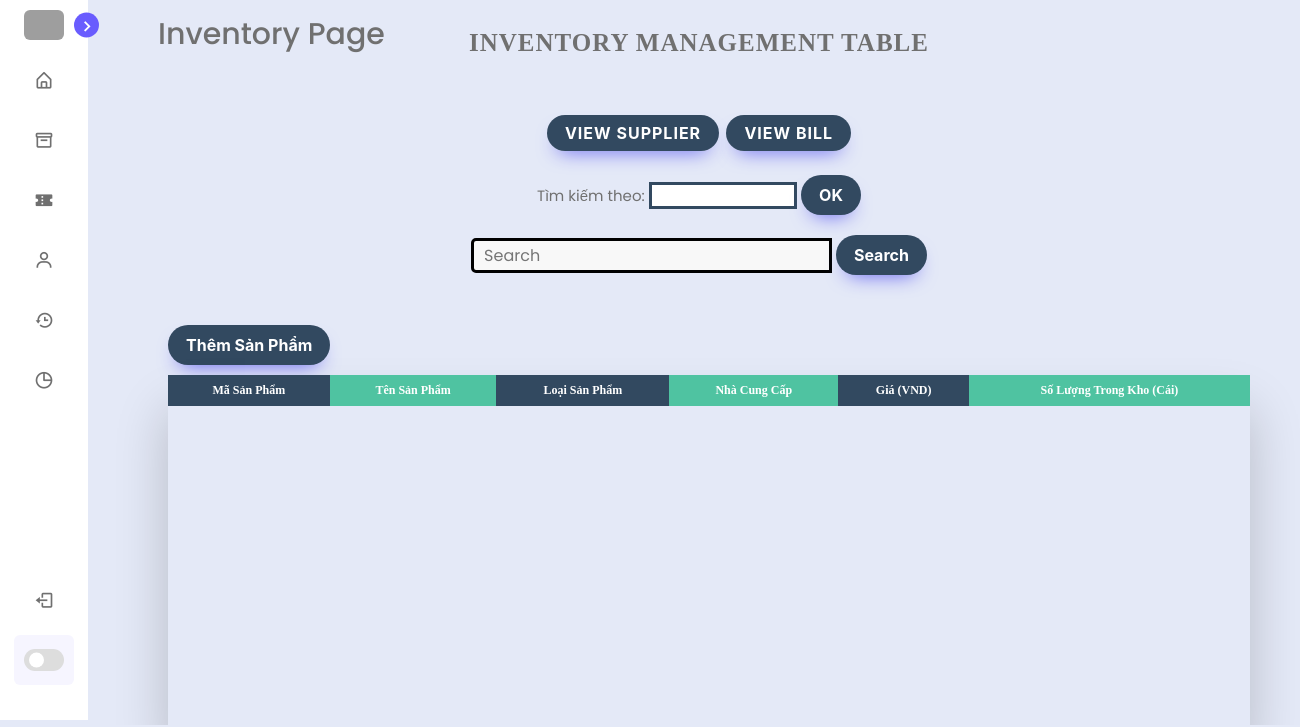
Repository: JeffDaveHudson/CapstoneProject
Page: http://localhost/CapstoneProject/inventory
The author's editor kept a copy of each file at every save. The page is drawn from the files as they stood at one save, then again after the next save.
The browser window is 1280 px wide. The page is 1300 px wide, so the pictures cover 1300 px, including what lies to the right of the window. The pictures show the whole page.
Pictures or frames that could not be fetched are drawn as grey boxes. The page is served by Tomcat 9.

Above is the page before, as saved 2023-05-25 04:48:59.

After the next save:
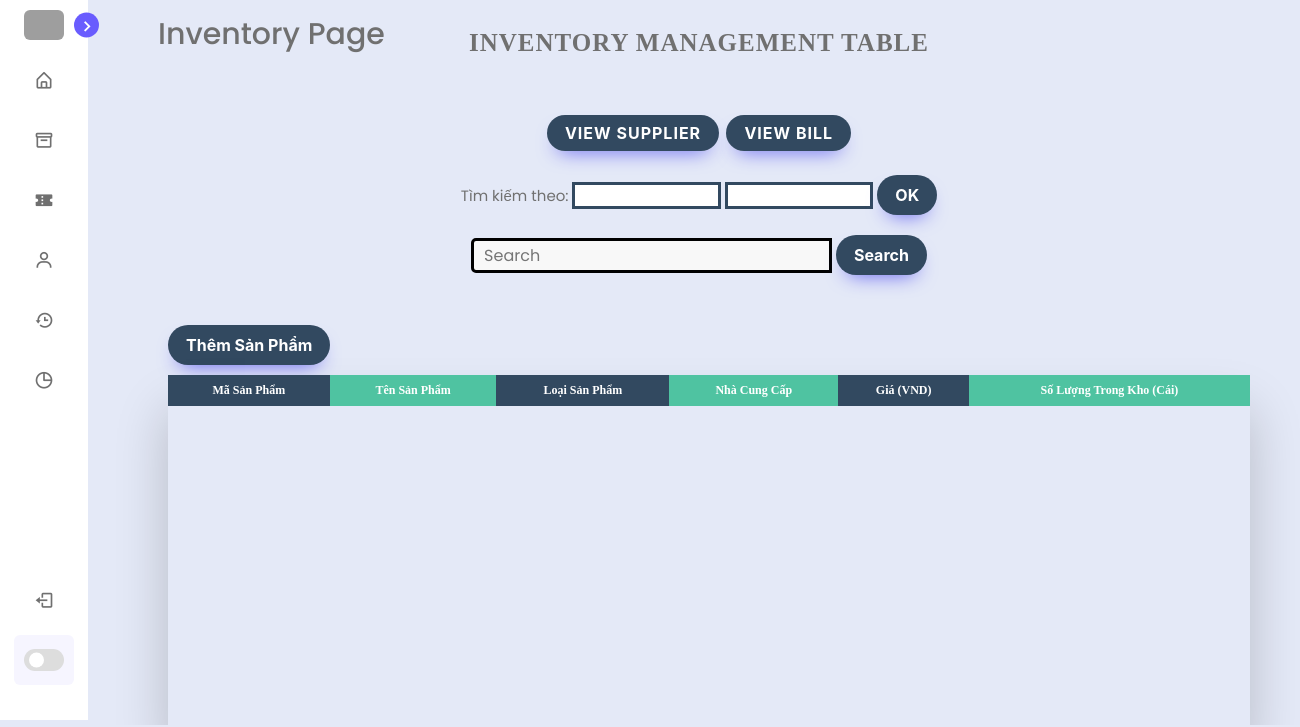
Saved 9 s later.
--- a/CapstoneProject/src/main/webapp/admin/Inventory.jsp
+++ b/CapstoneProject/src/main/webapp/admin/Inventory.jsp
@@ -39,11 +39,11 @@
   											<option value ="${producttypelist.id }">${producttypelist.productType }</option>
       									</c:forEach>
     								</select>
-    								<%-- <select name="inventorySupplierClicked" class="select">
+    								<select name="inventorySupplierClicked" class="select">
     									<c:forEach items="${supplierList}" var="supplierlist">
   											<option value="${supplierlist.id }">${supplierlist.supplierName }</option>
       									</c:forEach>
-    								</select> --%>
+    								</select>
     								<button class = "button-search" type = "submit">OK</button>
     	</form:form>
         <form:form id="form2" action="inventorysearch">
